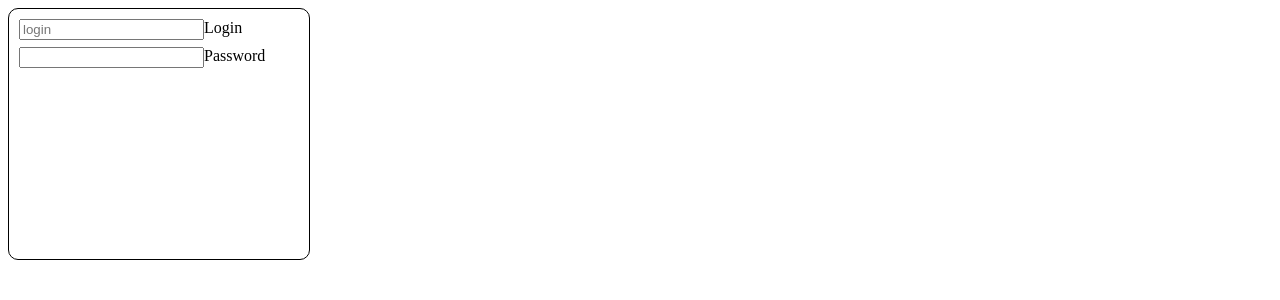
Repository: maxchv/JavaLessons
Page: http://localhost/LibraryProject/
An editor plug-in stored every save of this project. The page is shown before and after the next save, followed by the edit.
The browser window is 1280 px wide. The pictures show the whole page.
The page is served by Tomcat 9.

Above is the page before, as saved 2016-04-18 15:33:00.

### Lesson19/workspace/LibraryProject/WebContent/index.jsp
<%@ page language="java" contentType="text/html; charset=UTF-8"
    pageEncoding="UTF-8"%>
<!DOCTYPE html>
<html>
<head>
<meta charset="utf-8">
<title>Библиотека</title>
<link rel="stylesheet" href="css/style.css" />
</head>
<body>

<form id="login" action="login" method="post">
	<label>
		Login
		<input type="text" placeholder="login" name="login" />
	</label>
	<label>
		Password
		<input type="password" name="password" />
	</label>
</form>

</body>
</html>

### Lesson19/workspace/LibraryProject/WebContent/css/style.css
@CHARSET "UTF-8";
#login {
	width: 300px;
	height: 250px;
	border: 1px solid black;
	border-radius: 10px;
}
#login > label {
	display: block;
	margin: 10px;
}

#login > label > input {
	display: block;
	float: left;
}

After the next save:
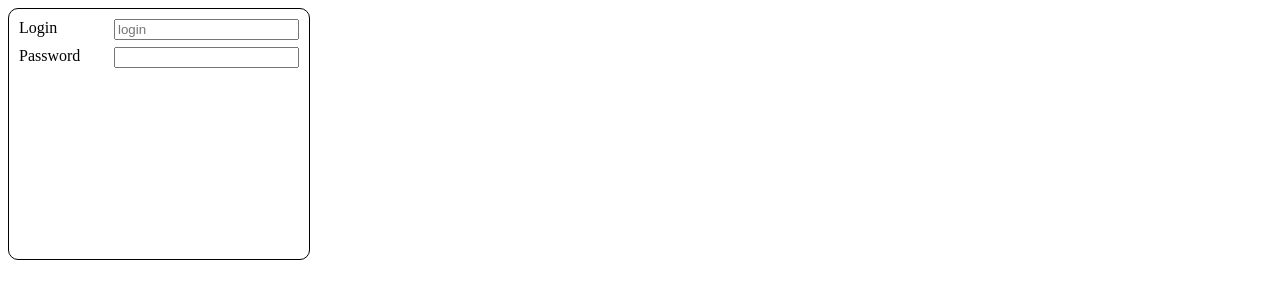
Saved 8 s later.
--- a/Lesson19/workspace/LibraryProject/WebContent/css/style.css
+++ b/Lesson19/workspace/LibraryProject/WebContent/css/style.css
@@ -12,5 +12,5 @@
 
 #login > label > input {
 	display: block;
-	float: left;
+	float: right;
 }
